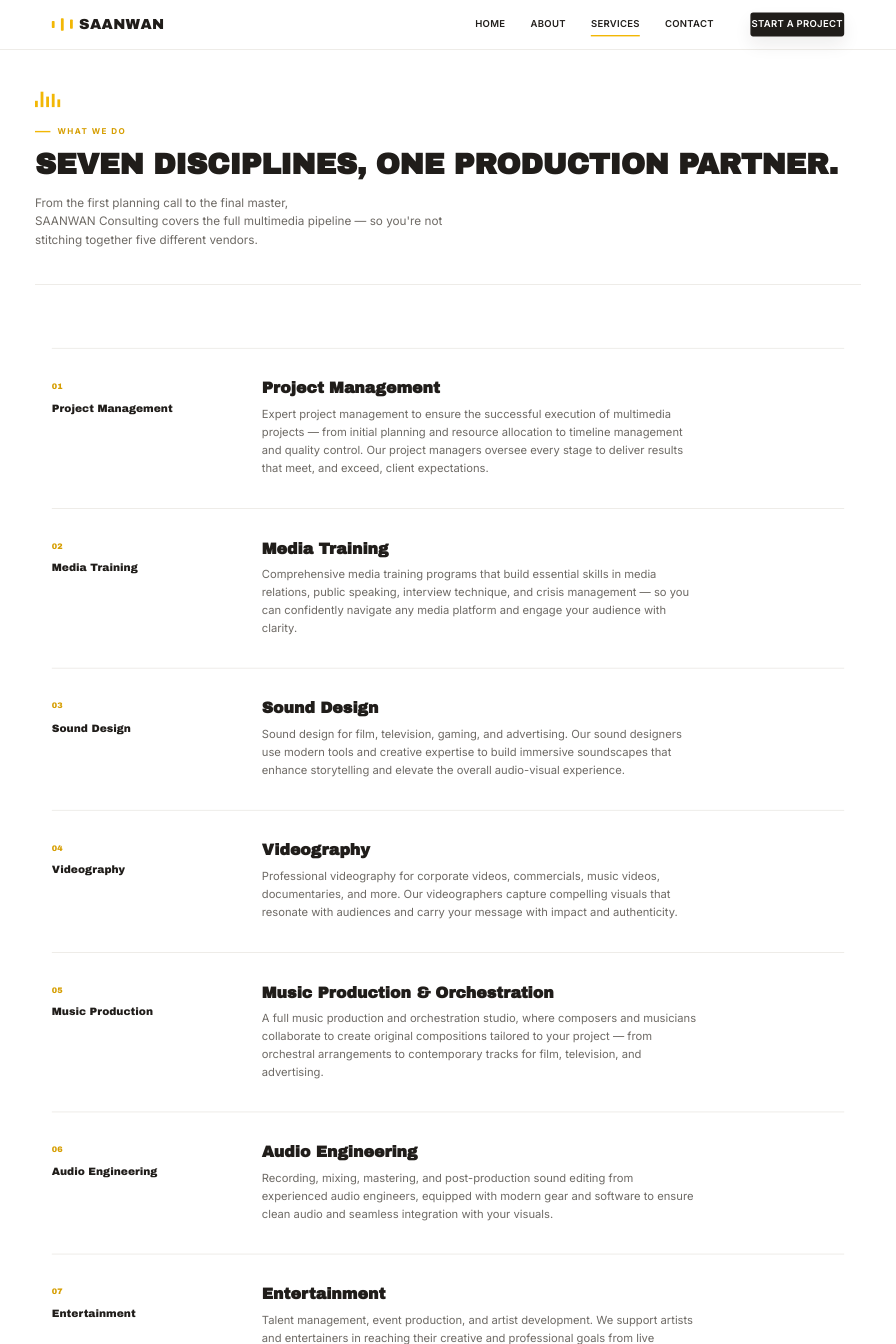
Repository: joshuaonazi/saanwan
Page: services.html
These files come from the project's save history. The page is drawn as it stood at one moment and after the next save; the edit follows.
The browser window is 1280 px wide. The pictures show the part of the page from y = 0 to 1920 px (the page is 3201 px tall before and 3247 px after), at 70% of full size.

Above is the page before, as saved 2026-07-11 00:03:59.

### services.html
<!DOCTYPE html>
<html lang="en">
<head>
<meta charset="UTF-8">
<meta name="viewport" content="width=device-width, initial-scale=1.0">
<title>Services — SAANWAN Consulting</title>
<meta name="description" content="Project management, media training, sound design, videography, music production and orchestration, audio engineering, and entertainment services from SAANWAN Consulting.">
<link rel="preconnect" href="https://fonts.googleapis.com">
<link rel="preconnect" href="https://fonts.gstatic.com" crossorigin>
<link href="https://fonts.googleapis.com/css2?family=Archivo+Black&family=Inter:wght@400;500;600;700&display=swap" rel="stylesheet">
<link rel="stylesheet" href="/styles.css">
</head>
<body>

<header class="site-header">
  <nav class="nav wrap">
    <a href="index.html" class="logo" aria-label="SAANWAN home">
      <span class="bar"></span><span class="bar"></span><span class="bar"></span>
      SAANWAN
    </a>
    <button class="nav-toggle" aria-label="Toggle menu" aria-expanded="false">
      <span></span><span></span><span></span>
    </button>
    <div class="nav-links">
      <a href="index.html">Home</a>
      <a href="about.html">About</a>
      <a href="services.html" aria-current="page">Services</a>
      <a href="contact.html">Contact</a>
      <a href="contact.html" class="nav-cta">Start a Project</a>
    </div>
  </nav>
</header>

<main>

  <section class="page-hero wrap">
    <div class="eq-divider"><span></span><span></span><span></span><span></span><span></span></div>
    <span class="eyebrow">What We Do</span>
    <h2>Seven disciplines, one production partner.</h2>
    <p>From the first planning call to the final master, <br>SAANWAN Consulting covers the full multimedia pipeline — so you're not stitching together five different vendors.</p>
  </section>

  <section class="section">
    <div class="wrap">

      <div class="service-detail">
        <div class="tag"><span class="index">01</span>Project Management</div>
        <div>
          <h3>Project Management</h3>
          <p>Expert project management to ensure the successful execution of multimedia projects — from initial planning and resource allocation to timeline management and quality control. Our project managers oversee every stage to deliver results that meet, and exceed, client expectations.</p>
        </div>
      </div>

      <div class="service-detail">
        <div class="tag"><span class="index">02</span>Media Training</div>
        <div>
          <h3>Media Training</h3>
          <p>Comprehensive media training programs that build essential skills in media relations, public speaking, interview technique, and crisis management — so you can confidently navigate any media platform and engage your audience with clarity.</p>
        </div>
      </div>

      <div class="service-detail">
        <div class="tag"><span class="index">03</span>Sound Design</div>
        <div>
          <h3>Sound Design</h3>
          <p>Sound design for film, television, gaming, and advertising. Our sound designers use modern tools and creative expertise to build immersive soundscapes that enhance storytelling and elevate the overall audio-visual experience.</p>
        </div>
      </div>

      <div class="service-detail">
        <div class="tag"><span class="index">04</span>Videography</div>
        <div>
          <h3>Videography</h3>
          <p>Professional videography for corporate videos, commercials, music videos, documentaries, and more. Our videographers capture compelling visuals that resonate with audiences and carry your message with impact and authenticity.</p>
        </div>
      </div>

      <div class="service-detail">
        <div class="tag"><span class="index">05</span>Music Production</div>
        <div>
          <h3>Music Production &amp; Orchestration</h3>
          <p>A full music production and orchestration studio, where composers and musicians collaborate to create original compositions tailored to your project — from orchestral arrangements to contemporary tracks for film, television, and advertising.</p>
        </div>
      </div>

      <div class="service-detail">
        <div class="tag"><span class="index">06</span>Audio Engineering</div>
        <div>
          <h3>Audio Engineering</h3>
          <p>Recording, mixing, mastering, and post-production sound editing from experienced audio engineers, equipped with modern gear and software to ensure clean audio and seamless integration with your visuals.</p>
        </div>
      </div>

      <div class="service-detail">
        <div class="tag"><span class="index">07</span>Entertainment</div>
        <div>
          <h3>Entertainment</h3>
          <p>Talent management, event production, and artist development. We support artists and entertainers in reaching their creative and professional goals from live performances to digital content creation.</p>
        </div>
      </div>

    </div>
  </section>

  <section class="section section-light">
    <div class="wrap">
      <span class="eyebrow">Who We Work With</span>
      <h2 style="margin-bottom: 26px;">Industries we serve.</h2>
      <div class="clientele-strip">
        <span class="clientele-pill">Film &amp; TV Production</span>
        <span class="clientele-pill">Advertising Agencies</span>
        <span class="clientele-pill">Corporate &amp; Nonprofit</span>
        <span class="clientele-pill">Government Agencies</span>
        <span class="clientele-pill">Independent Artists</span>
        <span class="clientele-pill">Gaming &amp; Interactive Media</span>
      </div>
    </div>
  </section>

  <section class="cta-banner">
    <div class="wrap">
      <span class="eyebrow" style="color: var(--color-yellow);">Let's Build Something</span>
      <h2>Not sure which service you need?</h2>
      <p>Tell us about the project and we'll help you scope the right mix of services.</p>
      <div class="cta-actions">
        <a href="contact.html" class="btn btn-primary">Start a Project</a>
      </div>
    </div>
  </section>

</main>

<footer class="site-footer">
  <div class="wrap">
    <div class="footer-top">
      <div>
        <a href="index.html" class="logo">
          <span class="bar"></span><span class="bar"></span><span class="bar"></span>
          SAANWAN
        </a>
        <p>A multimedia consulting company delivering creative and technical excellence across production, sound, and screen.</p>
      </div>
      <div class="footer-col">
        <h4>Quick Links</h4>
        <ul>
          <li><a href="index.html">Home</a></li>
          <li><a href="about.html">About</a></li>
          <li><a href="services.html">Services</a></li>
          <li><a href="contact.html">Contact</a></li>
        </ul>
      </div>
      <div class="footer-col">
        <h4>Services</h4>
        <ul>
          <li><a href="services.html">Sound Design</a></li>
          <li><a href="services.html">Videography</a></li>
          <li><a href="services.html">Music Production</a></li>
          <li><a href="services.html">Audio Engineering</a></li>
        </ul>
      </div>
      <div class="footer-col">
        <h4>Locations</h4>
        <ul>
          <li><a href="about.html">San Antonio, USA</a></li>
          <li><a href="about.html">Las Vegas, USA</a></li>
          <li><a href="about.html">Nigeria</a></li>
        </ul>
      </div>
    </div>
    <div class="footer-bottom">
      <span>&copy; <span id="year"></span> Saanwan Consulting LLC. All rights reserved.</span>
      <span>Built & developed by Web3Cryptic.</span>
    </div>
  </div>
</footer>

<script src="/index.js"></script>
</body>
</html>

Loaded but not shown: index.js (129 lines, source omitted); styles.css (771 lines, source omitted)

After the next save:
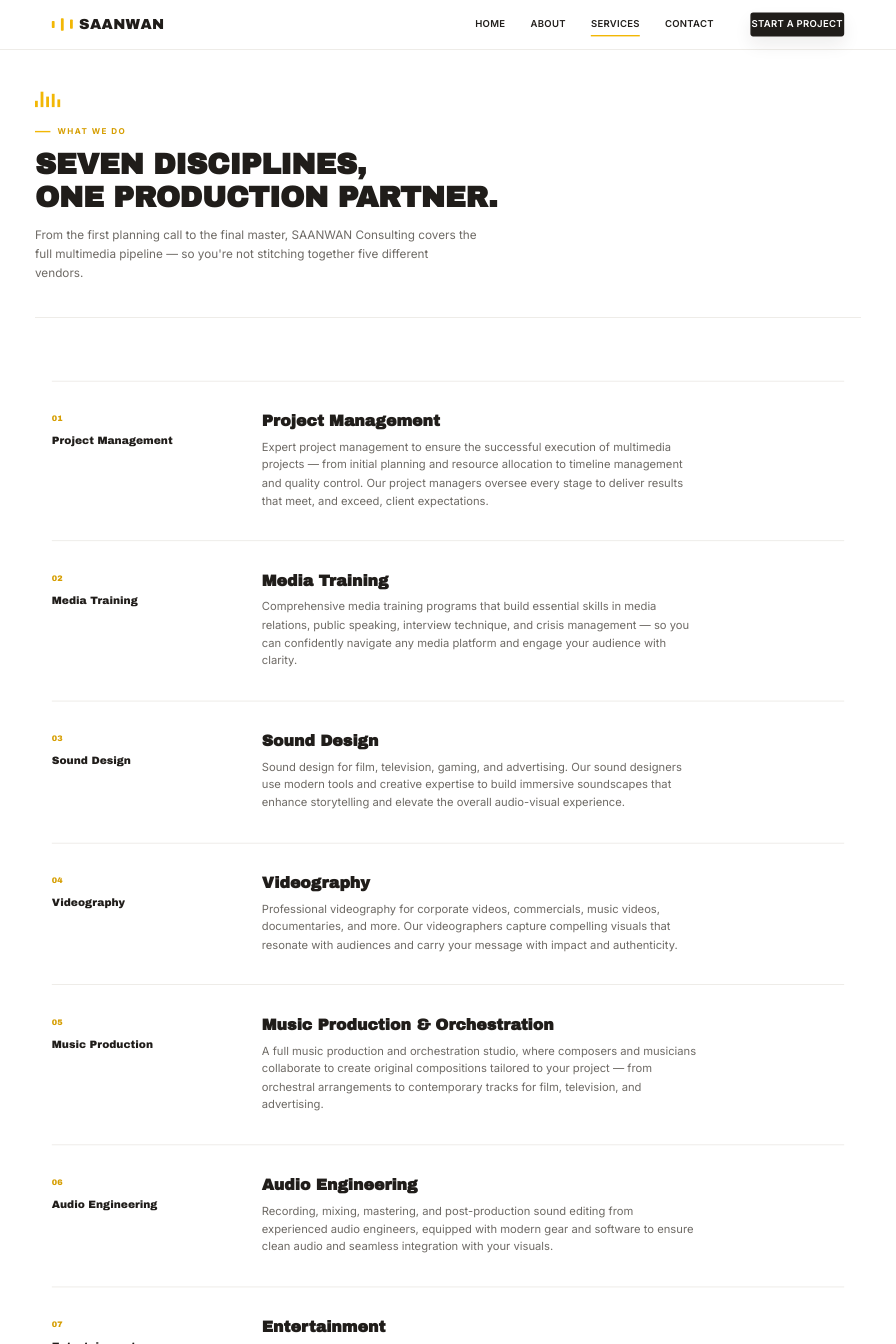
Saved 44 s later.
--- a/services.html
+++ b/services.html
@@ -36,8 +36,8 @@
   <section class="page-hero wrap">
     <div class="eq-divider"><span></span><span></span><span></span><span></span><span></span></div>
     <span class="eyebrow">What We Do</span>
-    <h2>Seven disciplines, one production partner.</h2>
-    <p>From the first planning call to the final master, <br>SAANWAN Consulting covers the full multimedia pipeline — so you're not stitching together five different vendors.</p>
+    <h2>Seven disciplines, <br>one production partner.</h2>
+    <p>From the first planning call to the final master, SAANWAN Consulting covers the full multimedia pipeline — so you're not stitching together five different vendors.</p>
   </section>
 
   <section class="section">
